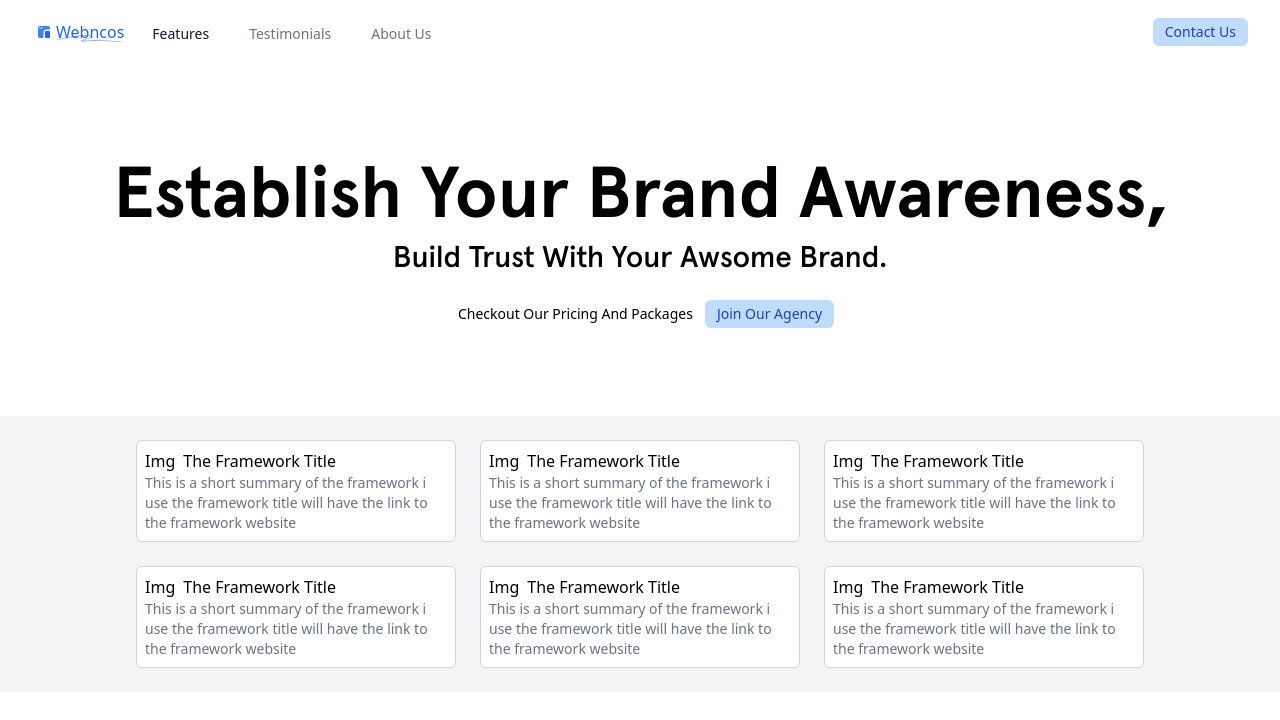
Repository: 1realjulius/webncos
Page: /
These files come from the project's save history. The page is drawn as it stood at one moment and after the next save; the edit follows.
The browser window is 1280 px wide. The pictures show the whole page.
The project was rebuilt for these pictures with package versions that can differ from the ones it lists, and the page was loaded fresh each time. A package was used in the major version that the imports need, not the one package.json lists. The framework's server and built-in components were replaced by stand-ins that run in the browser. Also part of the build but not shown: next.config.js.

Above is the page before, as saved 2022-08-22 17:54:42.

### pages/index.tsx
import type { NextPage } from 'next'
import Head from 'next/head'
import MainHome from '../components/MainHome'
import NavigationBar from '../components/NavigationBar'

const Home: NextPage = () => {
  return (
    <div className="flex min-h-screen flex-col">
      <Head>
      <title>Webncos</title>
        <meta name="description" content="Website and Software Development Agency." />
        <meta property="og:type" content="website"/>
        <meta property="og:url" content="https://www.webncos.com/"/>
        <meta property="og:title" content="Webncos — Website and Software Development Agency."/>
        <meta property="og:description" content="Website and Software Development Agency."/>
        {/* <meta property="og:image" content="/Assets/newmemoji.svg"/> */}
        {/* <meta property="twitter:card" content="/Assets/Julius_Eghan.jpg"/> */}
        <meta property="twitter:url" content="https://www.webncos.com/"/>
        <meta property="twitter:title" content="Webncos — Website and Software Development Agency."/>
        <meta property="twitter:description" content="Website and Software Development Agency."/>
        {/* <meta property="twitter:image" content="/Assets/Julius_Eghan.jpg"/> */}
        <link rel="icon" href="/favicon.ico" />
        {/* <meta name="google-site-verification" content="0HesePHVymRqGiL70HUKPIq0Zsap0uUIb_Ci0DpImRY" /> */}
        <meta name="theme-color" content="#f7f2f2"   media="(prefers-color-scheme: light)"/>
        <meta name="theme-color" content="#090c10"   media="(prefers-color-scheme: dark)"/>
      </Head>
      <NavigationBar/>
      <MainHome/>

    </div>
  )
}

export default Home

### styles/globals.css
@tailwind base;
@tailwind components;
@tailwind utilities;

@layer base{
      @font-face{
        font-family: 'ApercuBold';
        src: url("/Fonts/ApercuPro-Bold.woff") format("woff"),url("/Fonts/ApercuPro-Bold.woff2") format("woff2");
      }
      @font-face{
        font-family: 'ApercuMedium';
        src: url("/Fonts/ApercuPro-Medium.woff") format("woff"),url("/Fonts/ApercuPro-Medium.woff2") format("woff2");
      }
    }

### components/MainHome.tsx
import Link from "next/link";
import React from "react";

const MainHome = () => {
  return (
    <div>
      {/* header */}
      <div>
        <div className=" flex flex-col items-center justify-center my-20">
          <div className="pt-4 pb-2">
            <h1 className="text-4xl md:text-7xl text-center font-ApercuBold">
              Establish Your Brand Awareness,
            </h1>
          </div>
          <div className="pb-4">
            <h2 className="text-xl md:text-3xl font-ApercuMedium">
              Build Trust With Your Awsome Brand.
            </h2>
          </div>
          <div className="flex flex-col md:flex-row items-center">
            <div className="px-3 py-1 my-2">
              <Link href="#">
                <h3 className="text-sm">Checkout Our Pricing And Packages</h3>
              </Link>
            </div>
            <div className="px-3 py-1 rounded-md bg-blue-200 my-2">
              <Link href="#">
                <h3 className="text-blue-800 text-sm">Join Our Agency</h3>
              </Link>
            </div>
          </div>
        </div>
      </div>
      {/* Frameworks I use */}
      <div className="flex flex-col items-center py-4 bg-gray-100">
        <div className="flex flex-col md:grid md:grid-cols-3 gap-2 items-center max-w-5xl mx-auto ">
          <div className="flex flex-col border border-gray-300 bg-white p-2 rounded-md m-2">
            <div className="flex flex-row items-center space-x-2">
              <span>Img</span>
              <h3>The Framework Title</h3>
            </div>
            <div className="text-sm">
              <p className="text-gray-500">
                This is a short summary of the framework i use the framework
                title will have the link to the framework website
              </p>
            </div>
          </div>
          <div className="flex flex-col border border-gray-300 bg-white p-2 rounded-md m-2">
            <div className="flex flex-row items-center space-x-2">
              <span>Img</span>
              <h3>The Framework Title</h3>
            </div>
            <div className="text-sm">
              <p className="text-gray-500">
                This is a short summary of the framework i use the framework
                title will have the link to the framework website
              </p>
            </div>
          </div>
          <div className="flex flex-col border border-gray-300 bg-white p-2 rounded-md m-2">
            <div className="flex flex-row items-center space-x-2">
              <span>Img</span>
              <h3>The Framework Title</h3>
            </div>
            <div className="text-sm">
              <p className="text-gray-500">
                This is a short summary of the framework i use the framework
                title will have the link to the framework website
              </p>
            </div>
          </div>
          <div className="flex flex-col border border-gray-300 bg-white p-2 rounded-md m-2">
            <div className="flex flex-row items-center space-x-2">
              <span>Img</span>
              <h3>The Framework Title</h3>
            </div>
            <div className="text-sm">
              <p className="text-gray-500">
                This is a short summary of the framework i use the framework
                title will have the link to the framework website
              </p>
            </div>
          </div>
          <div className="flex flex-col border border-gray-300 bg-white p-2 rounded-md m-2">
            <div className="flex flex-row items-center space-x-2">
              <span>Img</span>
              <h3>The Framework Title</h3>
            </div>
            <div className="text-sm">
              <p className="text-gray-500">
                This is a short summary of the framework i use the framework
                title will have the link to the framework website
              </p>
            </div>
          </div>
          <div className="flex flex-col border border-gray-300 bg-white p-2 rounded-md m-2">
            <div className="flex flex-row items-center space-x-2">
              <span>Img</span>
              <h3>The Framework Title</h3>
            </div>
            <div className="text-sm">
              <p className="text-gray-500">
                This is a short summary of the framework i use the framework
                title will have the link to the framework website
              </p>
            </div>
          </div>
        </div>
      </div>
      {/* Services We offer (Features) */}
      <div>
      </div>
      {/* Testimonials */}
      <div></div>
      {/* FAQs */}
      <div></div>
      {/* Other Sections */}
      <div></div>
    </div>
  );
};

export default MainHome;

### components/NavigationBar.tsx
/* This example requires Tailwind CSS v2.0+ */
import { Fragment } from "react";
import { Disclosure, Menu, Transition } from "@headlessui/react";
import { BellIcon, MenuIcon, XIcon } from "@heroicons/react/outline";

function classNames(...classes: string[]) {
  return classes.filter(Boolean).join(" ");
}

export default function NavigationBar() {
  return (
    <Disclosure as="nav" className="bg-white">
      {({ open }) => (
        <>
          <div className="max-w-7xl mx-auto px-4 sm:px-6 lg:px-8">
            <div className="flex justify-between h-16">
              <div className="flex">
                <div className="flex-shrink-0 flex items-center">
                  {/* the logo */}
                  <h1 className="text-base leading-none flex flex-row items-center">
                    <span>
                      <svg className="h-6 w-6 " viewBox="0 0 24 24" fill="none">
                        <path
                          fillRule="evenodd"
                          clipRule="evenodd"
                          d="M8 6C6.89543 6 6 6.89543 6 8V16C6 17.1046 6.89543 18 8 18H10.5C11.0523 18 11.5 17.5523 11.5 17V12C11.5 10.6193 12.6193 9.5 14 9.5H18V8C18 6.89543 17.1046 6 16 6H8ZM7.25 8C7.25 7.58579 7.58579 7.25 8 7.25H8.01C8.42421 7.25 8.76 7.58579 8.76 8C8.76 8.41421 8.42421 8.75 8.01 8.75H8C7.58579 8.75 7.25 8.41421 7.25 8ZM10 7.25C9.58579 7.25 9.25 7.58579 9.25 8C9.25 8.41421 9.58579 8.75 10 8.75H10.01C10.4242 8.75 10.76 8.41421 10.76 8C10.76 7.58579 10.4242 7.25 10.01 7.25H10Z"
                          fill="#E879F9"
                          className="fill-blue-500 "
                        ></path>
                        <path
                          d="M13 12C13 11.4477 13.4477 11 14 11H17C17.5523 11 18 11.4477 18 12V17C18 17.5523 17.5523 18 17 18H14C13.4477 18 13 17.5523 13 17V12Z"
                          fill="#F0ABFC"
                          className="fill-blue-600 "
                        ></path>
                      </svg>
                    </span>
                    <span className="relative whitespace-nowrap text-blue-600 cursor-pointer">
                      <svg
                        aria-hidden="true"
                        viewBox="0 0 418 42"
                        className="absolute top-2/3 left-0 h-[0.48em] w-full fill-blue-500/60"
                        preserveAspectRatio="none"
                      >
                        <path d="M203.371.916c-26.013-2.078-76.686 1.963-124.73 9.946L67.3 12.749C35.421 18.062 18.2 21.766 6.004 25.934 1.244 27.561.828 27.778.874 28.61c.07 1.214.828 1.121 9.595-1.176 9.072-2.377 17.15-3.92 39.246-7.496C123.565 7.986 157.869 4.492 195.942 5.046c7.461.108 19.25 1.696 19.17 2.582-.107 1.183-7.874 4.31-25.75 10.366-21.992 7.45-35.43 12.534-36.701 13.884-2.173 2.308-.202 4.407 4.442 4.734 2.654.187 3.263.157 15.593-.78 35.401-2.686 57.944-3.488 88.365-3.143 46.327.526 75.721 2.23 130.788 7.584 19.787 1.924 20.814 1.98 24.557 1.332l.066-.011c1.201-.203 1.53-1.825.399-2.335-2.911-1.31-4.893-1.604-22.048-3.261-57.509-5.556-87.871-7.36-132.059-7.842-23.239-.254-33.617-.116-50.627.674-11.629.54-42.371 2.494-46.696 2.967-2.359.259 8.133-3.625 26.504-9.81 23.239-7.825 27.934-10.149 28.304-14.005.417-4.348-3.529-6-16.878-7.066Z"></path>
                      </svg>
                      <span className="relative leading-none">Webncos</span>
                    </span>
                  </h1>
                </div>
                <div className="hidden sm:ml-6 sm:flex sm:space-x-8">
                  <a
                    href="#"
                    className="text-gray-900 inline-flex items-center px-1 pt-1 text-sm "
                  >
                    Features
                  </a>
                  <a
                    href="#"
                    className=" text-gray-500 hover:text-gray-700 inline-flex items-center px-1 pt-1  text-sm"
                  >
                    Testimonials
                  </a>
                  <a
                    href="#"
                    className=" text-gray-500 hover:text-gray-700 inline-flex items-center px-1 pt-1  text-sm"
                  >
                    About Us
                  </a>
                </div>
              </div>
              <div className="hidden sm:ml-6 sm:flex sm:items-center">
              <div className="px-3 py-1 bg-blue-200 rounded-md">
                    <h2 className="text-blue-800 text-sm">Contact Us</h2>
                </div>
              </div>
              <div className="-mr-2 flex items-center sm:hidden">
                {/* Mobile menu button */}
                <Disclosure.Button className="inline-flex items-center justify-center p-2 rounded-full text-gray-400 hover:text-gray-500 hover:bg-gray-100 ">
                  <span className="sr-only">Open main menu</span>
                  {open ? (
                    <XIcon className="block h-6 w-6" aria-hidden="true" />
                  ) : (
                    <MenuIcon className="block h-6 w-6" aria-hidden="true" />
                  )}
                </Disclosure.Button>
              </div>
            </div>
          </div>

          <Disclosure.Panel className="sm:hidden border-2 rounded-lg px-4 mx-2">
            <div className="flex flex-col py-1 space-y-1">
                <a href="#">Features</a>
                <a href="#">Testimonials</a>
                <a href="#">About Us</a>
            </div>
            <div className="flex py-2">
                <div className="px-3 py-1 bg-blue-200 rounded-md">
                    <h2 className="text-blue-800 text-sm">Contact Us</h2>
                </div>
            </div>
          </Disclosure.Panel>
        </>
      )}
    </Disclosure>
  );
}

### tailwind.config.js
/** @type {import('tailwindcss').Config} */
module.exports = {
  content: [
    './pages/**/*.{js,ts,jsx,tsx}',
    './components/**/*.{js,ts,jsx,tsx}',
  ],
  theme: {
    extend: {
      fontFamily: {
        ApercuBold: 'ApercuBold, sans',
        ApercuMedium: 'ApercuMedium, sans',
      },
    },
  },
  plugins: [],
}

Loaded but not shown: pages/_app.tsx (common file)

After the next save:
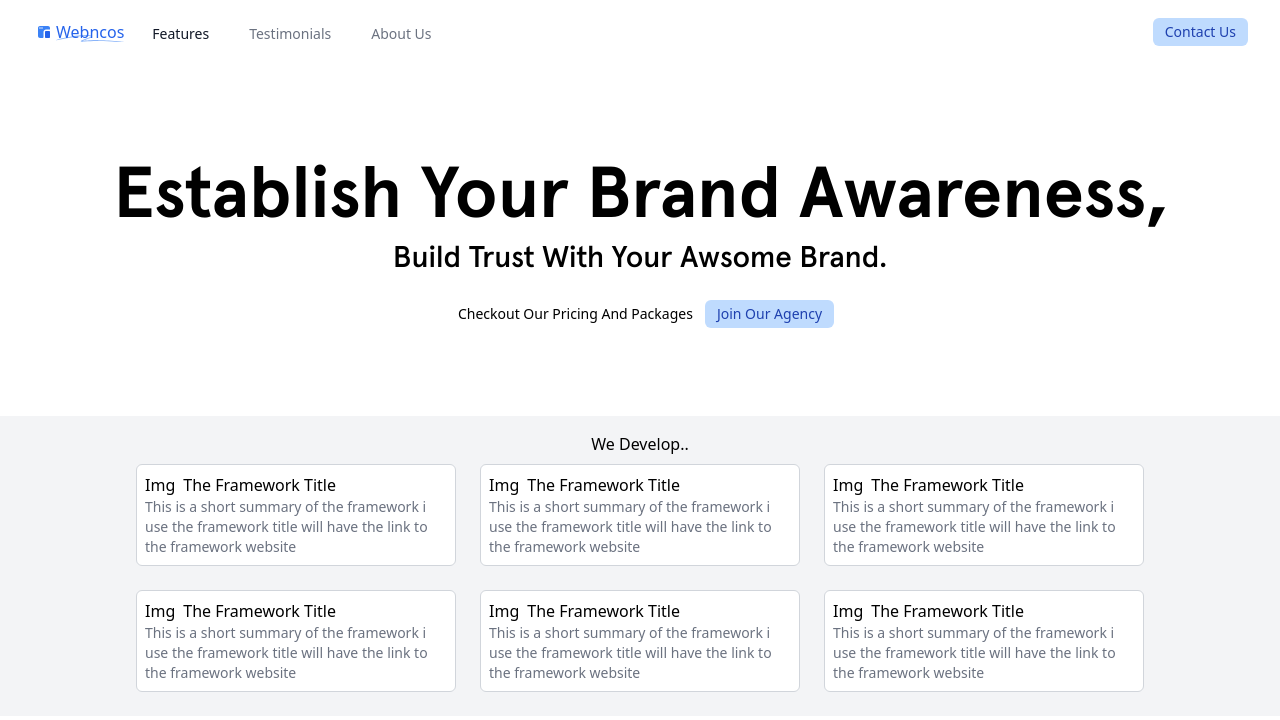
Saved 57 s later.
--- a/components/MainHome.tsx
+++ b/components/MainHome.tsx
@@ -33,6 +33,9 @@
       </div>
       {/* Frameworks I use */}
       <div className="flex flex-col items-center py-4 bg-gray-100">
+        <div>
+          <h1>We Develop..</h1>
+        </div>
         <div className="flex flex-col md:grid md:grid-cols-3 gap-2 items-center max-w-5xl mx-auto ">
           <div className="flex flex-col border border-gray-300 bg-white p-2 rounded-md m-2">
             <div className="flex flex-row items-center space-x-2">

After the 4 saves that followed:
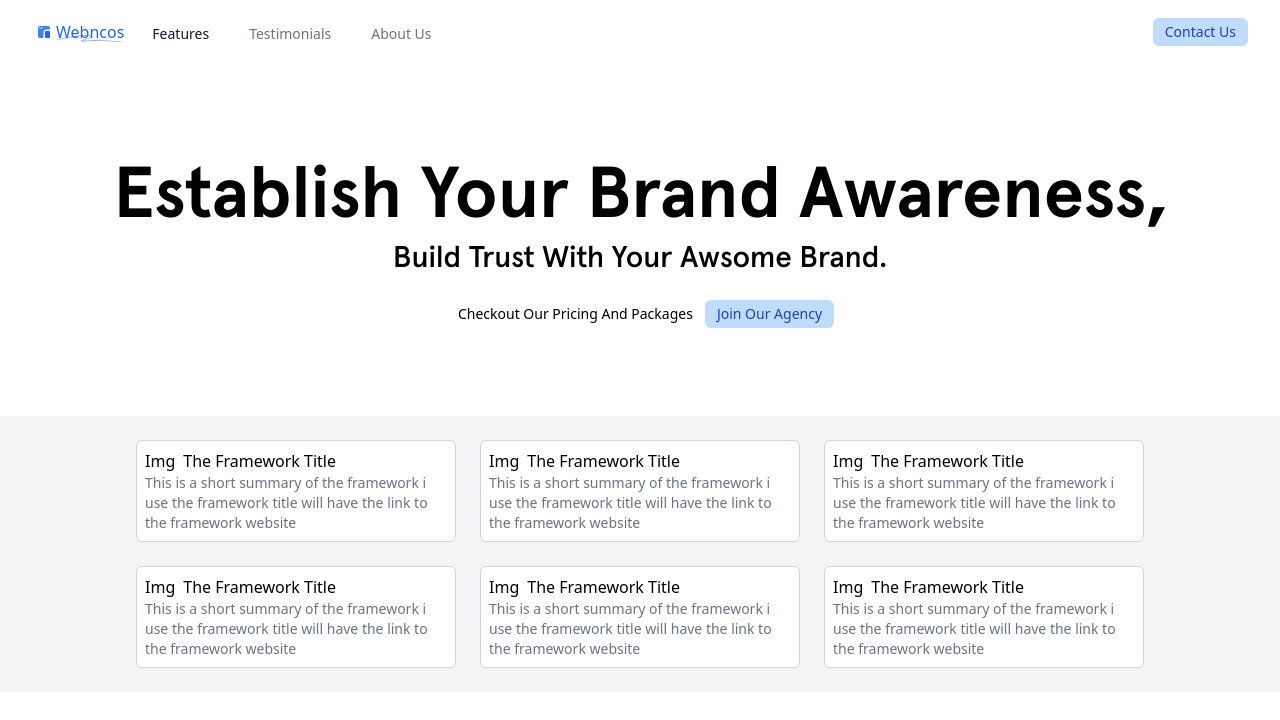
The 4 saves are shown as one change because 3 left the picture as it was.
The last was saved 52 s later.
--- a/components/MainHome.tsx
+++ b/components/MainHome.tsx
@@ -33,9 +33,6 @@
       </div>
       {/* Frameworks I use */}
       <div className="flex flex-col items-center py-4 bg-gray-100">
-        <div>
-          <h1>We Develop..</h1>
-        </div>
         <div className="flex flex-col md:grid md:grid-cols-3 gap-2 items-center max-w-5xl mx-auto ">
           <div className="flex flex-col border border-gray-300 bg-white p-2 rounded-md m-2">
             <div className="flex flex-row items-center space-x-2">
